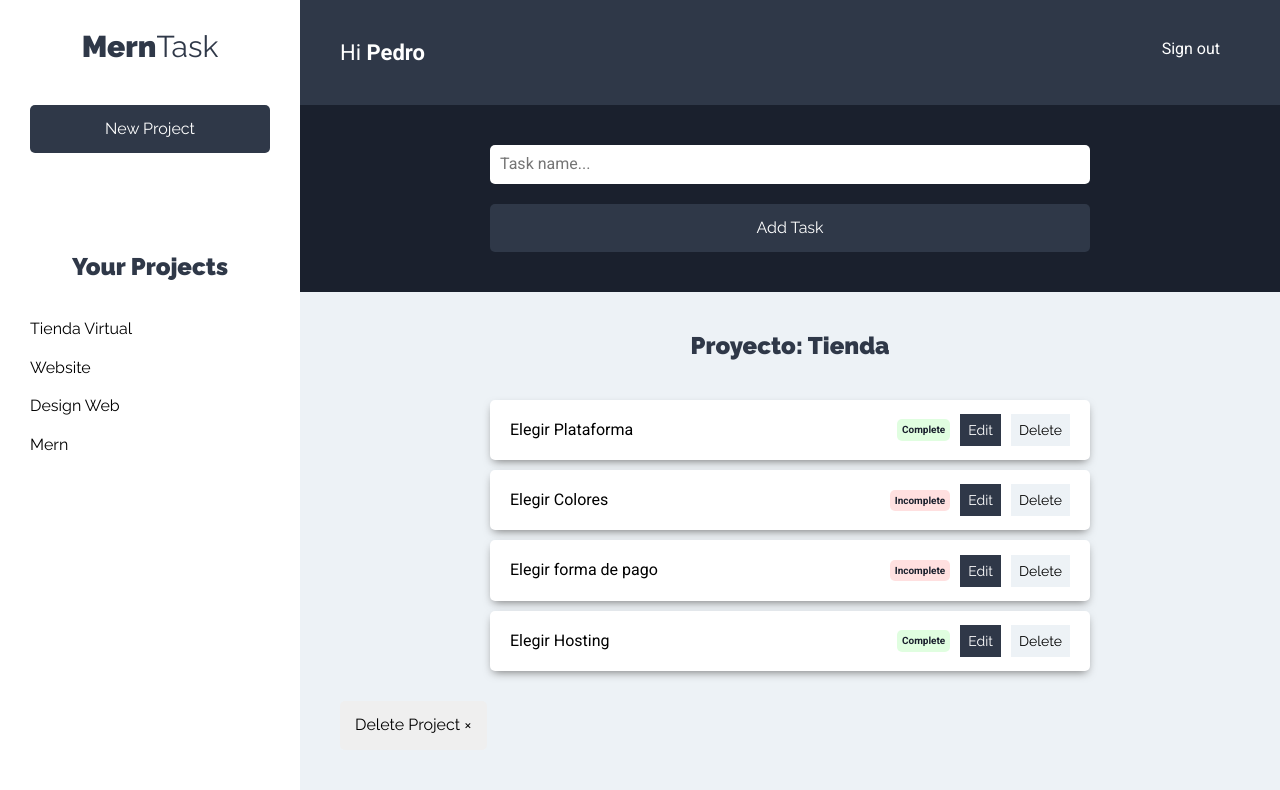
Repository: ppfeliuu/MERN-Task-Client
Page: /projects
These files come from the project's save history. The page is drawn as it stood at one moment and after the next save; the edit follows.
The browser window is 1280 px wide. The pictures show the whole page.
The project was rebuilt for these pictures with package versions that can differ from the ones it lists, and the page was loaded fresh each time. Also part of the build but not shown: src/components/auth/Login.js, src/components/auth/NewAccount.js. Imported but missing from the stored project, and not drawn on this page: src/types.

Above is the page before, as saved 2020-02-20 20:16:34.

### src/App.js
import React from "react";
import { BrowserRouter as Router, Switch, Route } from "react-router-dom";
import Login from "./components/auth/Login";
import NewAccount from "./components/auth/NewAccount";
import Projects from "./components/projects/Projects";

import ProjectState from "./context/projects/projectState";

function App() {
  return (
    <ProjectState>
      <Router>
        <Switch>
          <Route exact path="/" component={Login} />
          <Route exact path="/new-account" component={NewAccount} />
          <Route exact path="/projects" component={Projects} />
        </Switch>
      </Router>
    </ProjectState>
  );
}

export default App;

### src/components/projects/Projects.js
import React from "react";
import Sidebar from "../layout/Sidebar";
import Bar from "../layout/Bar";
import FormTask from "../task/FormTask";
import ListTasks from "../task/ListTasks";

const Projects = () => {
  return (
    <div className="contenedor-app">
      <Sidebar />

      <div className="seccion-principal">
        <Bar />
        <main>
          <FormTask />
          <div className="contenedor-tareas">
            <ListTasks />
          </div>
        </main>
      </div>
    </div>
  );
};

export default Projects;

### src/context/projects/projectState.js
import React, { useReducer } from "react";
import uuid from "uuid";
import projectContext from "./projectContext";
import projectReducer from "./projectReducer";
import {
  FORM_PROJECT,
  GET_PROJECTS,
  ADD_PROJECT,
  VALIDATE_FORM
} from "../../types";

const ProjectState = props => {
  const projects = [
    { id: 1, name: "Tienda Virtual" },
    { id: 2, name: "Website" },
    { id: 3, name: "Design Web" },
    { id: 4, name: "Mern" }
  ];

  const initialState = {
    form: false,
    projects: [],
    errorform: false,
    currentproject: null
  };

  //Dispatch for actions
  const [state, dispatch] = useReducer(projectReducer, initialState);

  //Functions for crud project
  const showForm = () => {
    dispatch({
      type: FORM_PROJECT
    });
  };

  //Get projects
  const getProjects = () => {
    dispatch({
      type: GET_PROJECTS,
      payload: projects
    });
  };

  //add new project
  const addProject = project => {
    project.id = uuid.v4();

    // console.log(project)
    //Add project into state using dispatch
    dispatch({
      type: ADD_PROJECT,
      payload: project
    });
  };

  //Validate Form New Project
  const showError = () => {
    dispatch({ type: VALIDATE_FORM });
  };

  return (
    <projectContext.Provider
      value={{
        form: state.form,
        projects: state.projects,
        errorform: state.errorform,
        currentproject: state.currentproject,
        showForm,
        getProjects,
        addProject,
        showError
      }}
    >
      {props.children}
    </projectContext.Provider>
  );
};

export default ProjectState;

### src/components/layout/Sidebar.js
import React from 'react';
import NewProject from '../projects/NewProject';
import ListProjects from '../projects/ListProjects';

const Sidebar = () => {
    return (
        <aside>
            <h1>Mern<span>Task</span></h1>
            <NewProject />

            <div className="proyectos">
                <h2>Your Projects</h2>

                <ListProjects />
            </div>
        </aside>
    )
}

export default Sidebar

### src/components/layout/Bar.js
import React from 'react'

const Bar = () => {
    return (
        <div>
          <header className="app-header">
              <p className="nombre-usuario">Hi <span>Pedro</span></p>

              <nav className="nav-principal">
                  <a href="#!">Sign out</a>
              </nav>
              </header>
        </div>
    )
}

export default Bar

### src/components/task/FormTask.js
import React from 'react'

const FormTask = () => {
    return (
        <div className="formulario">
            <form>
                <div className="contenedor-input">
                    <input type="text"
                    className="input-text"
                    placeholder="Task name..."
                    name="nameTask"
                    />
                </div>

                <div className="contenedor-input">
                    <input type="submit"
                    className="btn btn-primario btn-submit btn-block"
                    value="Add Task"
                    />
                </div>
            </form>
        </div>
    )
}

export default FormTask

### src/components/task/ListTasks.js
import React from "react";
import Task from "./Task";

const ListTasks = () => {
  const task = [
    {
      name: "Elegir Plataforma",
      estado: true
    },
    {
      name: "Elegir Colores",
      estado: false
    },
    {
      name: "Elegir forma de pago",
      estado: false
    },
    {
      name: "Elegir Hosting",
      estado: true
    }
  ];

  return (
    <>
      <h2>Proyecto: Tienda</h2>

      <ul className="listado-tareas">
        {task.length === 0 ? (
          <li className="tarea">
            <p>No Tasks</p>
          </li>
        ) : (
          task.map(t => <Task task={t} />)
        )}
      </ul>
      <button type="button" className="btn btn-eliminar">
        Delete Project &times;
      </button>
    </>
  );
};

export default ListTasks;

### src/context/projects/projectContext.js
import { createContext } from 'react';

const projectContext = createContext();

export default projectContext;

### src/context/projects/projectReducer.js
import {
  FORM_PROJECT,
  GET_PROJECTS,
  ADD_PROJECT,
  VALIDATE_FORM
} from "../../types";

export default (state, action) => {
  switch (action.type) {
    case FORM_PROJECT:
      return {
        ...state,
        form: true
      };
    case GET_PROJECTS:
      return {
        ...state,
        projects: action.payload
      };
    case ADD_PROJECT:
      return {
        ...state,
        projects: [...state.projects, action.payload],
        form: false,
        errorform: false
      };
    case VALIDATE_FORM:
      return {
        ...state,
        errorform: true
      };

    default:
      return state;
  }
};

### src/components/projects/NewProject.js
import React, { Fragment, useState, useContext } from "react";
import projectContext from "../../context/projects/projectContext";

const NewProject = () => {
  //Get State from Form
  const projectsContext = useContext(projectContext);
  const { form, errorform, showForm, addProject, showError } = projectsContext;

  // State for project
  const [project, setProject] = useState({
    name: ""
  });

  const { name } = project;

  const onChangeProject = e => {
    setProject({
      ...project,
      [e.target.name]: e.target.value
    });
  };

  const onSubmitProject = e => {
    e.preventDefault();

    //valid project
    if (name === "") {
      showError();
      return;
    }

    // add state
    addProject(project);

    //reset form
    setProject({
      name: ""
    });
  };

  const onClickShowForm = () => {
    showForm();
  };

  return (
    <Fragment>
      <button
        type="button"
        className="btn btn-block btn-primario"
        onClick={onClickShowForm}
      >
        New Project
      </button>

      {form ? (
        <form className="formulario-nuevo-proyecto" onSubmit={onSubmitProject}>
          <input
            type="text"
            className="input-text"
            placeholder="Project Name"
            name="name"
            value={name}
            onChange={onChangeProject}
          />
          <input
            type="submit"
            className="btn btn-block btn-primario"
            value="Add Project"
          />
        </form>
      ) : null}
      {errorform ? (
        <p className="mensaje error">Project name is mandatory</p>
      ) : null}
    </Fragment>
  );
};

export default NewProject;

### src/components/projects/ListProjects.js
import React, { useContext, useEffect } from "react";
import Project from "./Project";
import projectContext from "../../context/projects/projectContext";

const ListProjects = () => {

  //Get projects from State
  const projectsContext = useContext(projectContext);
  const { projects, getProjects } = projectsContext;

  useEffect(() => {
    getProjects();
  }, [])

  //if project have items
  if(projects.length === 0) return null;



  return (
    <ul className="listado-proyectos">
      {projects.map(project => (
        <Project key={project.id} project={project} />
      ))}
    </ul>
  );
};

export default ListProjects;

### src/components/task/Task.js
import React from "react";

const Task = ({ task }) => {
  return (
    <li className="tarea sombra">
      <p>{task.name}</p>

      <div className="estado">
        {task.estado ? (
          <button type="button" className="completo">
            Complete
          </button>
        ) : (
            <button type="button" className="incompleto">
            Incomplete
          </button>
        )}
      </div>

      <div className="acciones">
          <button type="button" className="btn btn-primario">Edit</button>
          <button type="button" className="btn btn-secundario">Delete</button>
      </div>
    </li>
  );
};

export default Task;

### src/components/projects/Project.js
import React from 'react'

const Project = ({project}) => {
    return (
        <li>
            <button type="button" className="btn btn-blank">
                {project.name}
            </button>
        </li>
    )
}

export default Project

Loaded but not shown: public/index.html (common file); src/index.js (common file); src/index.css (common file); src/serviceWorker.js (common file)

After the next save:
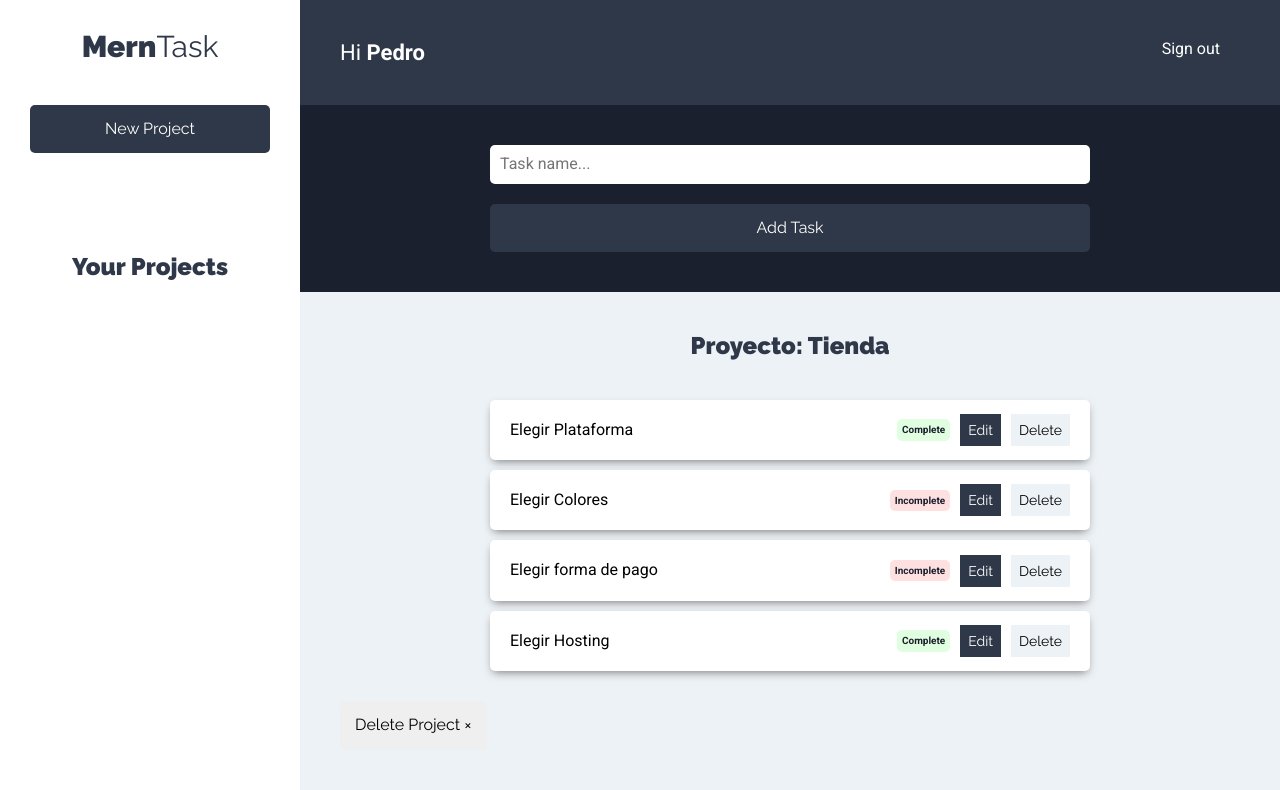
Saved 101 s later.
--- a/src/context/projects/projectState.js
+++ b/src/context/projects/projectState.js
@@ -6,7 +6,8 @@
   FORM_PROJECT,
   GET_PROJECTS,
   ADD_PROJECT,
-  VALIDATE_FORM
+  VALIDATE_FORM,
+  CURRENT_PROJECT
 } from "../../types";
 
 const ProjectState = props => {
@@ -59,6 +60,14 @@
     dispatch({ type: VALIDATE_FORM });
   };
 
+  //Select to set project selected
+  const projectSelected = () => {
+    dispatch({
+      type: CURRENT_PROJECT,
+      payload: currentproject
+    })
+  }
+
   return (
     <projectContext.Provider
       value={{

After the 3 saves that followed:
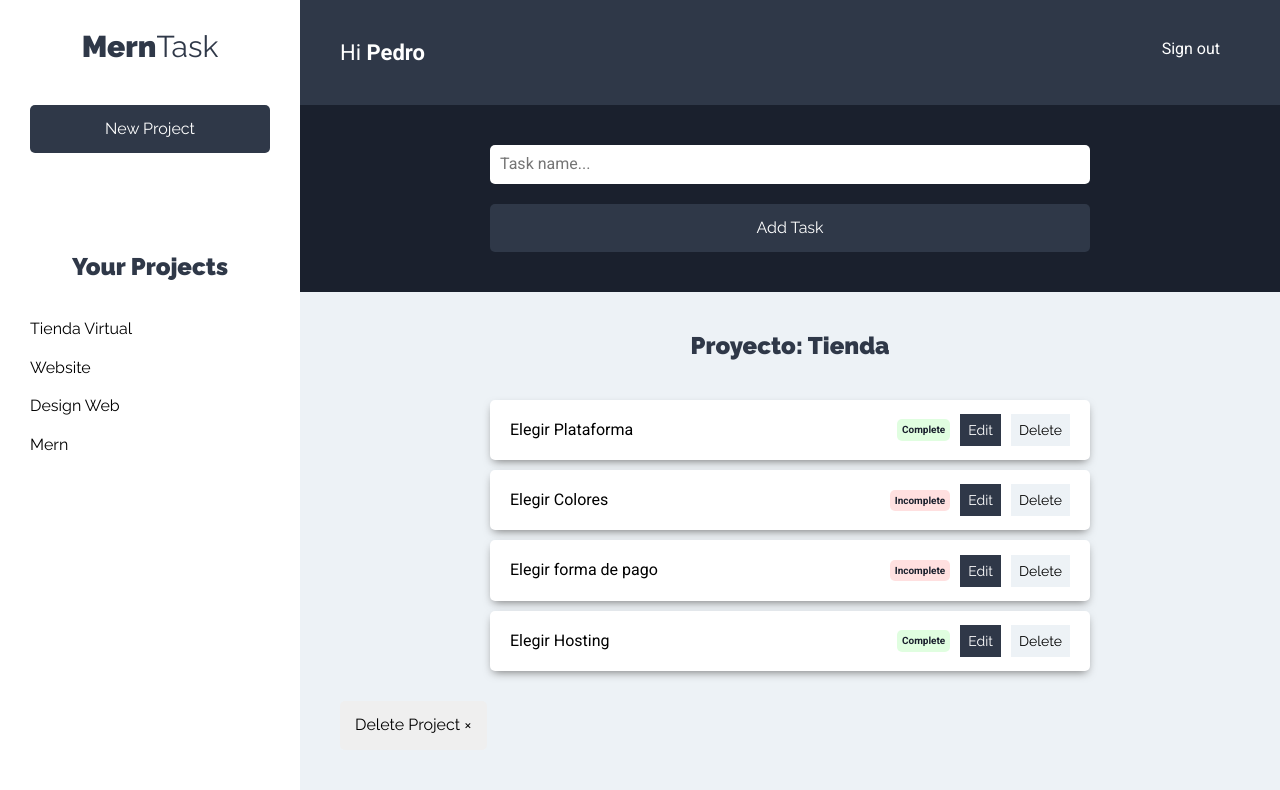
The 3 saves are shown as one change because 2 left the picture as it was.
The last was saved 2 min 46 s later.
--- a/src/context/projects/projectState.js
+++ b/src/context/projects/projectState.js
@@ -61,7 +61,7 @@
   };
 
   //Select to set project selected
-  const projectSelected = () => {
+  const projectSelected = currentproject => {
     dispatch({
       type: CURRENT_PROJECT,
       payload: currentproject
@@ -78,7 +78,8 @@
         showForm,
         getProjects,
         addProject,
-        showError
+        showError,
+        projectSelected
       }}
     >
       {props.children}
--- a/src/context/projects/projectReducer.js
+++ b/src/context/projects/projectReducer.js
@@ -2,7 +2,8 @@ import {
   FORM_PROJECT,
   GET_PROJECTS,
   ADD_PROJECT,
-  VALIDATE_FORM
+  VALIDATE_FORM,
+  CURRENT_PROJECT
 } from "../../types";
 
 export default (state, action) => {
@@ -29,7 +30,11 @@ export default (state, action) => {
         ...state,
         errorform: true
       };
-
+    case CURRENT_PROJECT:
+      return {
+        ...state,
+        currentproject: state.projects.filter(p => project.id === action.payload.id)
+      };
     default:
       return state;
   }
